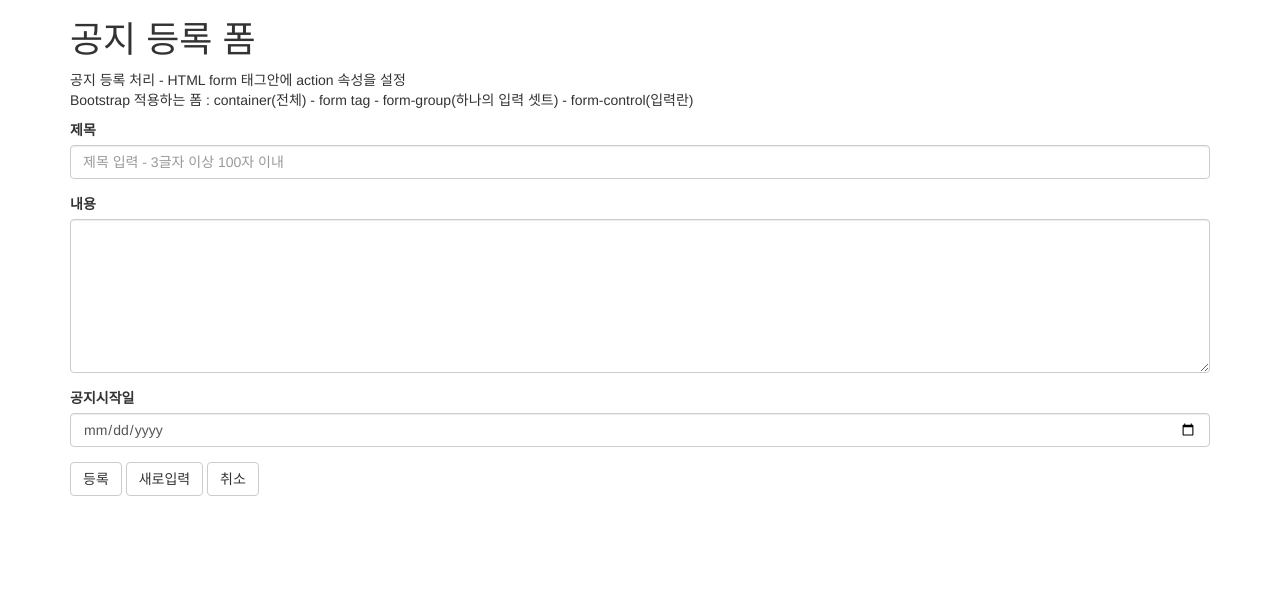
Repository: seokku/java2
Page: http://localhost/jspProject/notice/writeForm.jsp
These files come from the project's save history. The page is drawn as it stood at one moment and after the next save; the edit follows.
The browser window is 1280 px wide. The pictures show the whole page.
The page is served by Tomcat 9. Other server files are loaded and not shown.

Above is the page before, as saved 2021-02-15 03:05:50.

### workspace/web/jspProject/WebContent/notice/writeForm.jsp
<%@ page language="java" contentType="text/html; charset=UTF-8"
    pageEncoding="UTF-8"%>
<!DOCTYPE html>
<html>
<head>
<meta charset="UTF-8">
<title>공지 등록 폼</title>

  <!-- Bootstrap 라이브러리 등록 - CDN방식 -->
  <meta name="viewport" content="width=device-width, initial-scale=1">
  <link rel="stylesheet" href="https://maxcdn.bootstrapcdn.com/bootstrap/3.4.1/css/bootstrap.min.css">
  <script src="https://ajax.googleapis.com/ajax/libs/jquery/3.5.1/jquery.min.js"></script>
  <script src="https://maxcdn.bootstrapcdn.com/bootstrap/3.4.1/js/bootstrap.min.js"></script>


</head>
<body>
<div class="container">

	<h1>공지 등록 폼</h1>
	<p>
		공지 등록 처리 - HTML form 태그안에 action 속성을 설정<br/>
		Bootstrap 적용하는 폼 : container(전체) - form tag - form-group(하나의 입력 셋트) - form-control(입력란)
	</p>
	<form action="write.jsp" method="post">
		<div class="form-group">
			<!-- 제목 -->
			<label for="title">제목</label>
			<!-- input tag의 기본 type을 text입니다. 그래서 생략 가능하다. -->
			<input name="title" class="form-control" id="title" required="required"
			 placeholder="제목 입력 - 3글자 이상 100자 이내">
		</div>

		<div class="form-group">
			<!-- 내용 -->
			<label for="content">내용</label>
			<textarea rows="7" name="content" class="form-control" id="content"
			 required="required"></textarea>
		</div>

		<div class="form-group">
			<!-- 작성자 -->
			<label for="startDate" >공지시작일</label>
			<!-- input tag의 기본 type을 text입니다. 그래서 생략 가능하다.
			     type을 날짜입력 date로 지정한다. 그런데 HTML 5의 타입이 지원이 되지 않으면 text로 진행이된다. -->
			<input name="startDate" class="form-control" id="startDate" required="required" type="date">
		</div>

		<!-- 데이터를 전송하는 type="submit" 버튼 - 버튼의 기본이므로 생략 가능한다. -->
		<button class="btn btn-default">등록</button>
		<!-- 데이터를 새로 입력하는 type = "reset" 버튼 -->
		<button type="reset" class="btn btn-default">새로입력</button>
		<!-- 취소하려면 버튼모양으로 사용(type="button")하고 취소의 동작을 JS로 작성한다.
			history.back() : 이전 페이지로 이동 -->
		<button type="button" onclick="history.back()" class="btn btn-default">취소</button>
	</form>

</div>
</body>
</html>

After the next save:
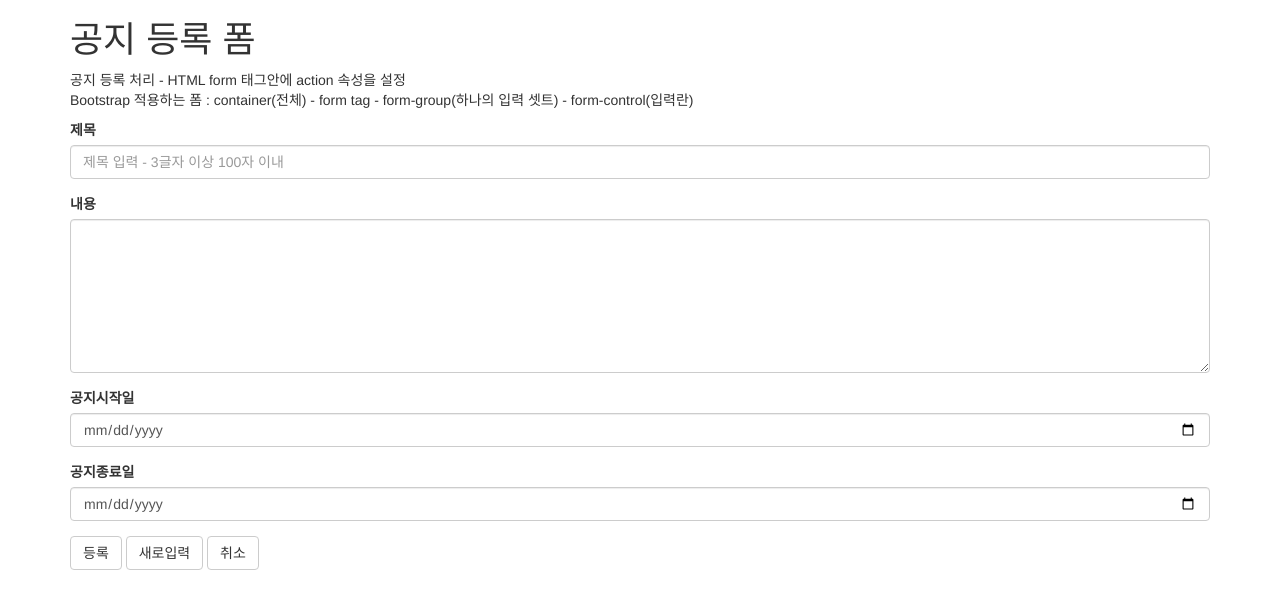
Saved 60 min 9 s later.
--- a/workspace/web/jspProject/WebContent/notice/writeForm.jsp
+++ b/workspace/web/jspProject/WebContent/notice/writeForm.jsp
@@ -39,8 +39,16 @@
 		</div>
 
 		<div class="form-group">
+			<!-- 공지시작일 -->
+			<label for="startDate" >공지시작일</label>
+			<!-- input tag의 기본 type을 text입니다. 그래서 생략 가능하다.
+			     type을 날짜입력 date로 지정한다. 그런데 HTML 5의 타입이 지원이 되지 않으면 text로 진행이된다. -->
+			<input name="startDate" class="form-control" id="startDate" required="required" type="date">
+		</div>
+
+		<div class="form-group">
 			<!-- 작성자 -->
-			<label for="startDate" >공지시작일</label>
+			<label for="endDate" >공지종료일</label>
 			<!-- input tag의 기본 type을 text입니다. 그래서 생략 가능하다.
 			     type을 날짜입력 date로 지정한다. 그런데 HTML 5의 타입이 지원이 되지 않으면 text로 진행이된다. -->
 			<input name="startDate" class="form-control" id="startDate" required="required" type="date">
